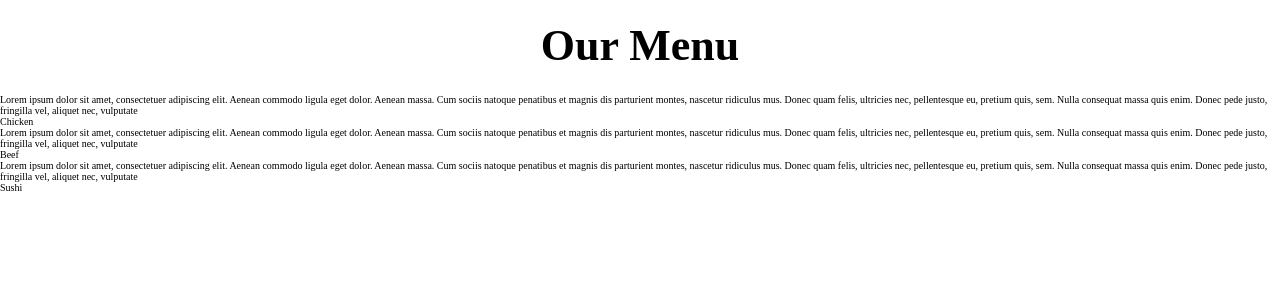
Repository: Normandy72/module2-solution
Page: index.html
These files come from the project's save history. The page is drawn as it stood at one moment and after the next save; the edit follows.
The browser window is 1280 px wide. The pictures show the whole page.
Some web fonts or font styles are not loaded; a fallback is used.

Above is the page before, as saved 2022-12-05 14:58:16.

### index.html
<!DOCTYPE html>
<html lang="en">
<head>
    <meta charset="UTF-8">
    <meta http-equiv="X-UA-Compatible" content="IE=edge">
    <meta name="viewport" content="width=device-width, initial-scale=1.0">
    <title>Our menu</title>
    <link href="https://fonts.googleapis.com/css2?family=Comic+Neue:ital,wght@0,300;0,400;0,700;1,300;1,400;1,700&family=Roboto:ital,wght@0,100;0,300;0,400;0,500;0,700;0,900;1,100;1,300;1,400;1,500;1,700;1,900&display=swap" rel="stylesheet">
    <link rel="stylesheet" href="styles/style.css">
</head>
<body>
    <h1>Our Menu</h1>
    <div class="wrapper">
        <div class="card">
            <p>Lorem ipsum dolor sit amet, consectetuer adipiscing elit. Aenean commodo ligula eget dolor. Aenean massa. Cum sociis natoque penatibus et magnis dis parturient montes, nascetur ridiculus mus. Donec quam felis, ultricies nec, pellentesque eu, pretium quis, sem. Nulla consequat massa quis enim. Donec pede justo, fringilla vel, aliquet nec, vulputate</p>
            <div class="card__name">Chicken</div>
        </div>
        <div class="card">
            <p>Lorem ipsum dolor sit amet, consectetuer adipiscing elit. Aenean commodo ligula eget dolor. Aenean massa. Cum sociis natoque penatibus et magnis dis parturient montes, nascetur ridiculus mus. Donec quam felis, ultricies nec, pellentesque eu, pretium quis, sem. Nulla consequat massa quis enim. Donec pede justo, fringilla vel, aliquet nec, vulputate</p>
            <div class="card__name">Beef</div>
        </div>
        <div class="card">
            <p>Lorem ipsum dolor sit amet, consectetuer adipiscing elit. Aenean commodo ligula eget dolor. Aenean massa. Cum sociis natoque penatibus et magnis dis parturient montes, nascetur ridiculus mus. Donec quam felis, ultricies nec, pellentesque eu, pretium quis, sem. Nulla consequat massa quis enim. Donec pede justo, fringilla vel, aliquet nec, vulputate</p>
            <div class="card__name">Sushi</div>
        </div>
    </div>
</body>
</html>

### styles/style.css
*{
    font-family: 'Comic Neue', cursive;
    font-size: 10px;

    margin: 0;
    padding: 0;
    box-sizing: border-box;
}

h1{
    font-size: 4.4rem;
    text-align: center;

    padding-top: 20px;
    padding-bottom: 23px;
}

After the next save:
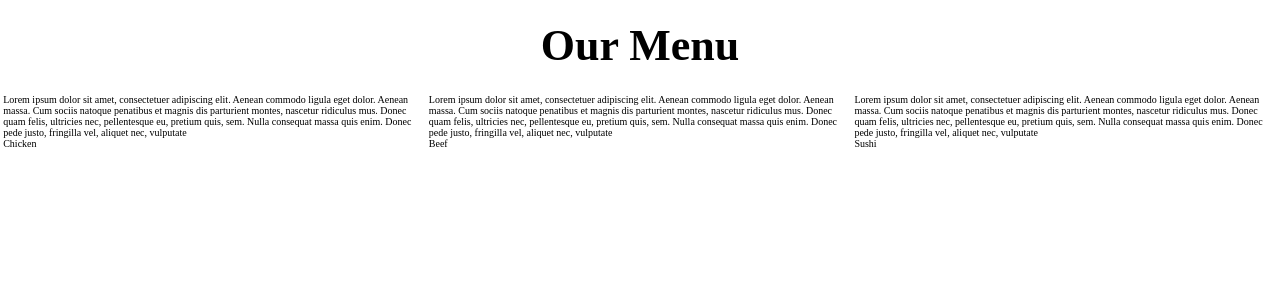
Saved 2 min 31 s later.
--- a/styles/style.css
+++ b/styles/style.css
@@ -14,3 +14,12 @@ h1{
     padding-top: 20px;
     padding-bottom: 23px;
 }
+
+.wrapper{
+    display: flex;
+    justify-content: space-evenly;
+}
+
+.card{
+    width: 33%;
+}
